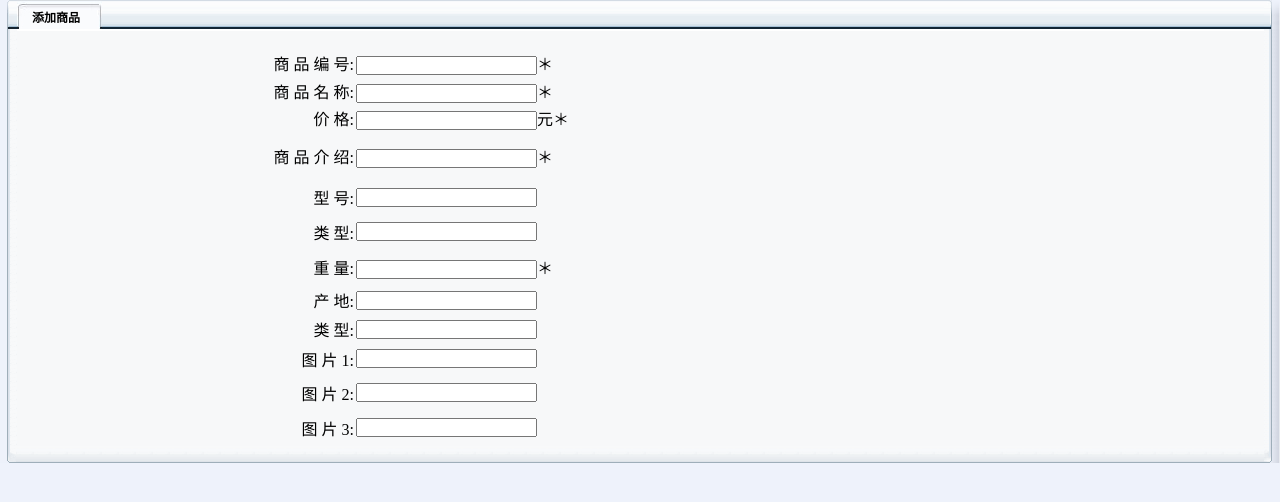
Repository: wzhcxw/shop
Page: ShopOnline/WebContent/admin/addsku.html
An editor plug-in stored every save of this project. The page is shown before and after the next save, followed by the edit.
The browser window is 1280 px wide. The pictures show the whole page.

Above is the page before, as saved 2014-09-26 00:16:17.

After the next save:
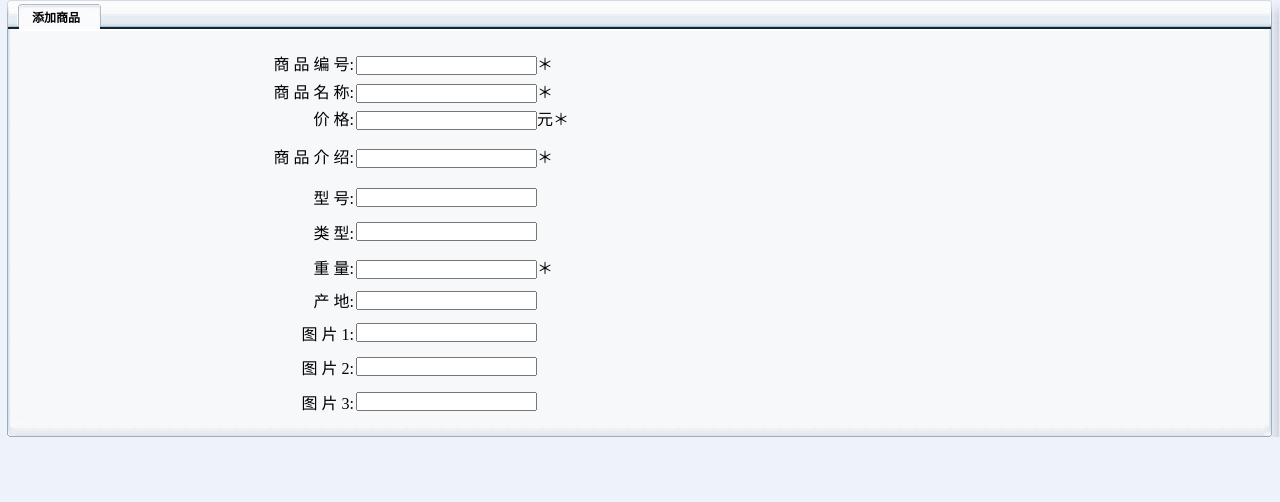
Saved 13 min 56 s later.
--- a/ShopOnline/WebContent/admin/addsku.html
+++ b/ShopOnline/WebContent/admin/addsku.html
@@ -53,51 +53,48 @@ tr{}
 	<table width="1000">
         <tr >
         	<td  class="tal" width="333" height="22">商 品 编 号:</td>
-           <td width="655"><input width="100"></input>＊</td>
+           <td id="shangpingid" width="655"><input width="100"></input>＊</td>
         </tr>
                 <tr>
         	<td class="tal"  height="27">商 品 名 称:</td>
-           <td><input width="200"></input>＊</td>
+           <td><input id="name" width="200"></input>＊</td>
         </tr>
                 <tr>
         	<td class="tal"  >价 格:</td>
-           <td><input width="50">元＊</input></td>
+           <td><input  id="price"  width="50">元＊</input></td>
         </tr>
                 <tr>
         	<td height="48" class="tal"  >商 品 介 绍:</td>
-           <td><input width="350" height="100">＊</input></td>
+           <td><input  id="dscr" width="350" height="100">＊</input></td>
         </tr>
                 <tr>
         	<td height="30" class="tal"  >型 号:</td>
-           <td><input width="50"></input></td>
+           <td><input  id="guige" width="50"></input></td>
         </tr>
                 <tr>
         	<td height="35" class="tal"  >类 型:</td>
-           <td><input width="50"></input></td>
+           <td><input id="type"  width="50"></input></td>
         </tr>
                         <tr>
         	<td height="32" class="tal"  >重 量:</td>
-           <td><input width="50">＊</input></td>
+           <td><input  id="zhongliang"  width="50">＊</input></td>
         </tr>
                         <tr>
         	<td height="30" class="tal"  >产 地:</td>
-           <td><input width="50"></input></td>
+           <td><input  id="chandi"  width="50"></input></td>
         </tr>
-                        <tr>
-        	<td class="tal"  >类 型:</td>
-           <td><input width="50"></input></td>
-        </tr>
+
          <tr>
         	<td height="31" class="tal"  >图 片 1:</td>
-           <td><input width="350"></input></td>
+           <td><input id="image1"  width="350"></input></td>
         </tr>
                             <tr>
         	<td height="33" class="tal"  >图 片 2:</td>
-           <td><input width="350"></input></td>
+           <td><input id="image2" width="350"></input></td>
         </tr>
                                 <tr>
         	<td height="33" class="tal"  >图 片 3:</td>
-           <td><input width="350"></input></td>
+           <td><input id="image2"  width="350"></input></td>
         </tr>
     </table>
 
